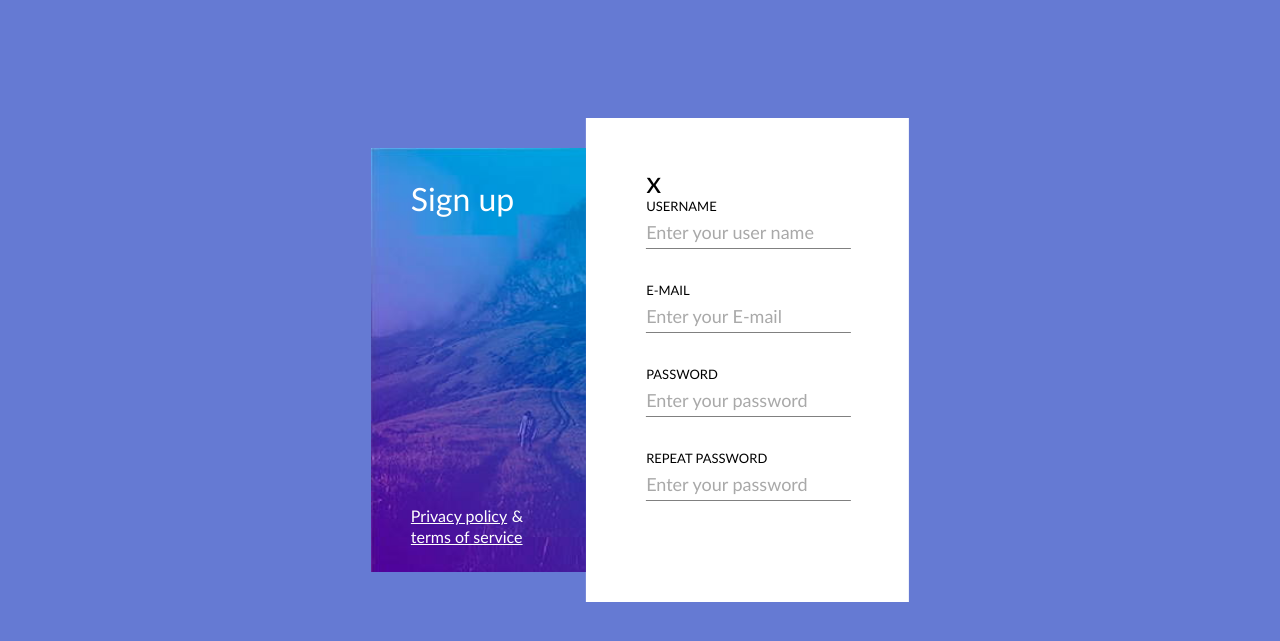
Repository: motiejus1/11-paskaita-adobexd-registracija
Page: index.html
An editor plug-in stored every save of this project. The page is shown before and after the next save, followed by the edit.
The browser window is 1280 px wide. The pictures show the whole page.

Above is the page before, as saved 2021-06-17 20:23:01.

After the next save:
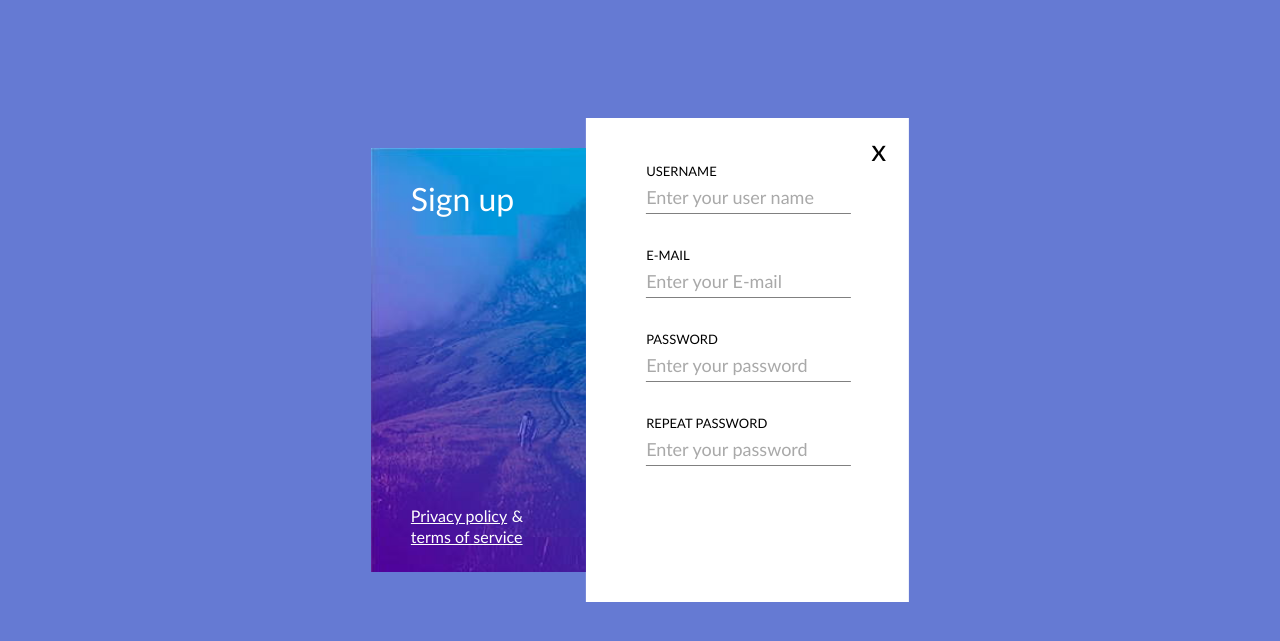
Saved 2 min 21 s later.
--- a/index.html
+++ b/index.html
@@ -121,7 +121,9 @@
         .close {
             font: normal normal normal 1.6667rem/1.9444rem Gill Sans MT;
             color:#000000;
-
+            position: absolute;
+    top: 14px;
+    right: 23px;
         }
 
     </style>
